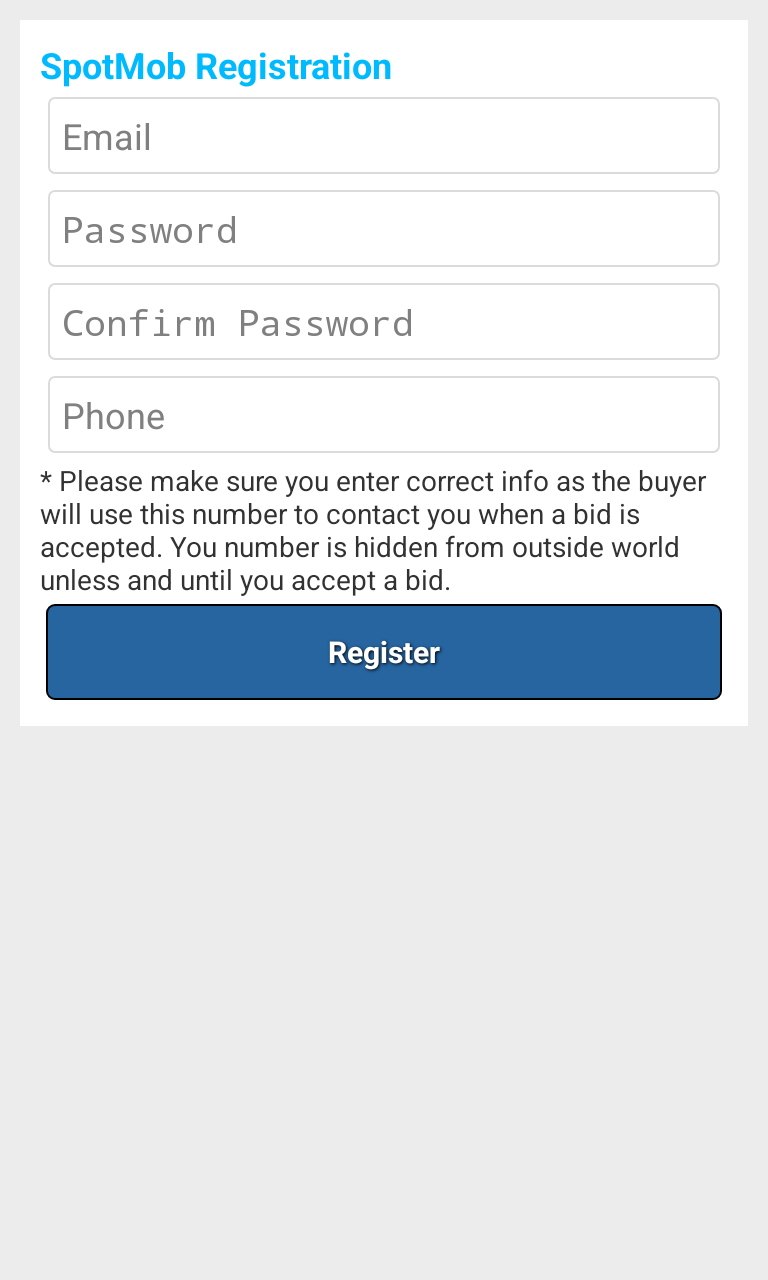
Repository: spotmob/spotmob
Layout: SpotMob/res/layout/register.xml
The author's editor kept a copy of each file at every save. The layout is drawn from the files as they stood at one save, then again after the next save.
It is drawn on a 768 x 1280 px phone screen (xhdpi) without system bars, with theme ThemeSelector; the app's code is not run.

Above is the layout before, as saved 2013-06-23 16:43:25.

### SpotMob/res/layout/register.xml
<?xml version="1.0" encoding="utf-8"?>
<ScrollView xmlns:android="http://schemas.android.com/apk/res/android"
    android:id="@+id/scrollView1"
    android:layout_width="match_parent"
    android:layout_height="match_parent"
    android:background="#ececec"

    >

    <LinearLayout
        android:layout_width="match_parent"
        android:layout_height="wrap_content"
        android:orientation="vertical"
        android:padding="10dp"
        android:layout_margin="10dp"
        android:background="#ffffff"

        >

        <TextView
            android:id="@+id/spotmobRegisterLabletextView"
            android:layout_width="wrap_content"
            android:layout_height="wrap_content"
            android:text="SpotMob Registration"
                        android:textColor="#00baff"
                    android:textSize="18dip"
                    android:textStyle="bold"
          />

        <EditText
            android:id="@+id/email"
            android:layout_width="match_parent"
            android:layout_height="wrap_content"
            android:ems="10"
            android:hint="@string/email_hint"
            android:inputType="textEmailAddress"
            android:layout_margin="4dip"
            android:background="@drawable/gradient_edit_text"
            />

        <EditText
            android:id="@+id/password"
            android:layout_width="match_parent"
            android:layout_height="wrap_content"
            android:ems="10"
            android:hint="@string/password_hint"
            android:inputType="textPassword"
                       android:layout_margin="4dip"
            android:background="@drawable/gradient_edit_text"
            />

        <EditText
            android:id="@+id/confirmPassword"
            android:layout_width="match_parent"
            android:layout_height="wrap_content"
            android:ems="10"
            android:hint="@string/confirm_password_hint"
            android:inputType="textPassword"
                       android:layout_margin="4dip"
            android:background="@drawable/gradient_edit_text"
            />

        <EditText
            android:id="@+id/phone"
            android:layout_width="match_parent"
            android:layout_height="wrap_content"
            android:ems="10"
            android:hint="@string/phone_hint"
            android:inputType="phone"
                       android:layout_margin="4dip"
            android:background="@drawable/gradient_edit_text"
            />

        <TextView
            android:id="@+id/disclaimerTextView"
            android:layout_width="wrap_content"
            android:layout_height="wrap_content"
            android:text="@string/disclaimerText" />

        <Button
            android:id="@+id/registerButton"
            style="@style/SmallButtonText"
            android:layout_width="match_parent"
            android:layout_height="wrap_content"
            android:background="@drawable/button_selector"
            android:text="@string/register_button_text" />
    </LinearLayout>

</ScrollView>

### SpotMob/res/values-v11/styles.xml
<resources xmlns:android="http://schemas.android.com/apk/res/android">

   <style name="ThemeSelector" parent="android:Theme.Holo.Light">
        <item name="android:actionBarStyle">@style/ActionBar</item>
       		 <item name="android:actionBarTabTextStyle">@style/MyActionBarTabTextStyle</item>
       		 <item name="android:actionBarSize">64dip</item>

       		 </style>


    <style name="MyActionBarTabTextStyle" parent="@android:style/Widget.Holo.ActionBar.TabText">
        <item name="android:textSize">13sp</item>
        <item name="android:textColor">#2665a0</item>
        <item name="android:padding">0dip</item>
    </style>


    <style name="ActionBar" parent="android:style/Widget.Holo.ActionBar">
	<item name="android:background">@drawable/action_bar_gradient</item>
    </style>

</resources>

### SpotMob/res/values/styles.xml
<resources>

 <style name="ThemeSelector" parent="android:Theme.Light">
        <item name="android:windowTitleBackgroundStyle">@style/WindowTitleBackground</item>
   		 <item name="android:actionBarTabTextStyle">@style/MyActionBarTabTextStyle</item>
   		        		 <item name="android:actionBarSize">48dip</item>

    </style>

    <style name="MyActionBarTabTextStyle" parent="@android:style/Widget.Holo.ActionBar.TabText">
        <item name="android:textSize">13sp</item>
                <item name="android:textColor">#2665a0</item>

        <item name="android:padding">0dip</item>
    </style>

    <style name="WindowTitleBackground">
        <item name="android:background">@drawable/action_bar_gradient</item>
    </style>

    <style name="ButtonText">
        <item name="android:layout_width">fill_parent</item>
        <item name="android:layout_height">wrap_content</item>
        <item name="android:textColor">#ffffff</item>
        <item name="android:gravity">center</item>
        <item name="android:layout_margin">3dp</item>
        <item name="android:textSize">15dp</item>
        <item name="android:textStyle">bold</item>
        <item name="android:shadowColor">#000000</item>
        <item name="android:shadowDx">1</item>
        <item name="android:shadowDy">1</item>
        <item name="android:shadowRadius">2</item>
    </style>

    <style name="TitleText">
        <item name="android:layout_width">fill_parent</item>
        <item name="android:layout_height">wrap_content</item>
        <item name="android:textColor">#FFFFFF</item>
        <item name="android:gravity">center</item>
        <item name="android:layout_margin">3dp</item>
        <item name="android:textSize">30dp</item>
        <item name="android:textStyle">bold</item>
        <item name="android:shadowColor">#000000</item>
        <item name="android:shadowDx">1</item>
        <item name="android:shadowDy">1</item>
        <item name="android:shadowRadius">2</item>
    </style>

    <style name="SpotDescription">
        <item name="android:layout_width">fill_parent</item>
        <item name="android:layout_height">wrap_content</item>
        <item name="android:textColor">#000000</item>
        <item name="android:layout_margin">3dp</item>
        <item name="android:textSize">15dp</item>
    </style>

    <style name="SmallButtonText">
        <item name="android:layout_width">fill_parent</item>
        <item name="android:layout_height">wrap_content</item>
        <item name="android:textColor">#ffffff</item>
        <item name="android:gravity">center</item>
        <item name="android:layout_margin">3dp</item>
        <item name="android:textSize">15dp</item>
        <item name="android:textStyle">bold</item>
        <item name="android:shadowColor">#000000</item>
        <item name="android:shadowDx">1</item>
        <item name="android:shadowDy">1</item>
        <item name="android:shadowRadius">2</item>
    </style>

    <style name="TabText">
        <item name="android:layout_width">fill_parent</item>
        <item name="android:layout_height">wrap_content</item>
        <item name="android:textColor">#ffffff</item>
        <item name="android:gravity">center</item>
        <item name="android:layout_margin">3dp</item>
        <item name="android:textSize">14dp</item>
        <item name="android:textStyle">bold</item>
        <item name="android:shadowColor">#000000</item>
        <item name="android:shadowDx">1</item>
        <item name="android:shadowDy">1</item>
        <item name="android:shadowRadius">2</item>
    </style>

    <style name="userRatingBar" parent="@android:style/Widget.RatingBar">
        <item name="android:progressDrawable">@drawable/rating_stars</item>
        <item name="android:minHeight">22dip</item>
        <item name="android:maxHeight">22dip</item>
    </style>

</resources>

### SpotMob/res/drawable/action_bar_gradient.xml
<?xml version="1.0" encoding="utf-8"?>
<shape xmlns:android="http://schemas.android.com/apk/res/android"
    android:shape="rectangle"
    android:useLevel="false" >
   <!-- #327e09 -->
    <gradient
        android:endColor="#ffffff"
        android:startColor="#d8d8d8"
        android:useLevel="true"
        android:type="linear"
        android:angle="90" />
</shape>

### SpotMob/res/values/strings.xml
<?xml version="1.0" encoding="utf-8"?>
<resources>

    <string name="app_name">SpotMob</string>
    <string name="action_settings">Settings</string>
    <string name="refresh">Refresh</string>
        <string name="help">Help</string>
        <string name="about">About</string>

    <string name="spots_tab">Spots</string>
    <string name="my_bids_tab">My Bids</string>
    <string name="my_items_tab">My Items</string>

    <!-- Login Screen -->
    <string name="login_button_text">Login</string>
    <string name="login_username_hint">Email</string>
    <string name="login_password_hint">Password</string>
    <string name="forgot_password_text">Forgot Password? Click Here</string>


    <!-- Register Screen -->
    <string name="register_button_text">Register</string>
    <string name="firstname">First Name</string>
    <string name="lastname">Last Name</string>
    <string name="password_hint">Password</string>
    <string name="confirm_password_hint">Confirm Password</string>
    <string name="email_hint">Email</string>
    <string name="phone_hint">Phone</string>
    <string name="register_description">SpotMob Registration</string>
    <string name="disclaimerText">* Please make sure you enter correct info as the buyer will use this number to contact you when a bid is accepted. You number is hidden from outside world unless and until you accept a bid.</string>




        <string name="city_prompt">City</string>

    <string-array name="city_array">
        <item>San Francisco</item>
        <item>Santa Clara</item>
        <item>Fremont</item>
        <item>Sacramento</item>
        <item>Hayward</item>
        <item>San Jose</item>
        <item>Oakland</item>
        <item>Dublin</item>
    </string-array>


        <string name="state_prompt">State</string>

    <string-array name="state_array">
        <item>AL</item>
        <item>AK</item>
        <item>AZ</item>
        <item>AR</item>
        <item>CA</item>
        <item>CO</item>
        <item>CT</item>
        <item>DE</item>
        <item>FL</item>
        <item>GA</item>
        <item>HI</item>
        <item>ID</item>
        <item>IL</item>
        <item>IN</item>
        <item>IA</item>
        <item>KS</item>
        <item>KY</item>
        <item>LA</item>
        <item>ME</item>
        <item>MD</item>
        <item>MA</item>
        <item>MI</item>
        <item>MN</item>
        <item>MS</item>
        <item>MO</item>
        <item>MT</item>
        <item>NE</item>
        <item>NV</item>
        <item>NH</item>
        <item>NJ</item>
        <item>NM</item>
        <item>NY</item>
        <item>NC</item>
        <item>ND</item>
        <item>OH</item>
        <item>OK</item>
        <item>OR</item>
        <item>PA</item>
        <item>RI</item>
        <item>SC</item>
        <item>SD</item>
        <item>TN</item>
        <item>TX</item>
        <item>UT</item>
        <item>VT</item>
        <item>VA</item>
        <item>WA</item>
        <item>WV</item>
        <item>WI</item>
        <item>WY</item>
    </string-array>

    <string name="country_prompt">Country</string>

    <string-array name="country_array">
        <item>USA</item>
    </string-array>
    <string-array name="category_array">
        <item>General</item>
        <item>Restaurant</item>
        <item>Sports</item>
        <item>Parking</item>
        <item>Movies</item>
        <item>Concerts</item>
        <item>Theme Park</item>
    </string-array>

        <string-array name="filter_category_array">
        <item>All Categories</item>
        <item>General</item>
        <item>Restaurant</item>
        <item>Sports</item>
        <item>Parking</item>
        <item>Movies</item>
        <item>Concerts</item>
        <item>Theme Park</item>
    </string-array>



</resources>

### SpotMob/res/drawable/gradient_edit_text.xml
<?xml version="1.0" encoding="utf-8"?>
<shape xmlns:android="http://schemas.android.com/apk/res/android"
    android:shape="rectangle" >

    <gradient
        android:angle="270"
        android:centerColor="#ffffff"
        android:endColor="#ffffff"
        android:startColor="#ffffff" />

    <stroke
        android:width="1dp"
        android:color="#dbdbdb" />

    <padding
        android:bottom="7dp"
        android:left="7dp"
        android:right="7dp"
        android:top="7dp" />

    <corners android:radius="3dp" />

</shape>

### SpotMob/res/drawable/button_selector.xml
<?xml version="1.0" encoding="utf-8"?>
<selector xmlns:android="http://schemas.android.com/apk/res/android">
    <!-- #48B1E9 -->
    <item android:state_pressed="true" >
        <shape>
            <solid
                android:color="#000000" />
            <stroke
                android:width="1dp"
                android:color="#000000" />
            <corners
                android:radius="3dp" />
            <padding
                android:left="10dp"
                android:top="10dp"
                android:right="10dp"
                android:bottom="10dp" />
        </shape>
    </item>
    <item>
        <shape>
            <!-- #09777e -->
            <gradient
                android:startColor="#2665a0"
                android:endColor="#2665a0"
                android:angle="270" />
            <stroke
                android:width="1dp"
                android:color="#000000" />
            <corners
                android:radius="4dp" />
            <padding
                android:left="10dp"
                android:top="10dp"
                android:right="10dp"
                android:bottom="10dp" />
        </shape>
    </item>
</selector>

After the next save:
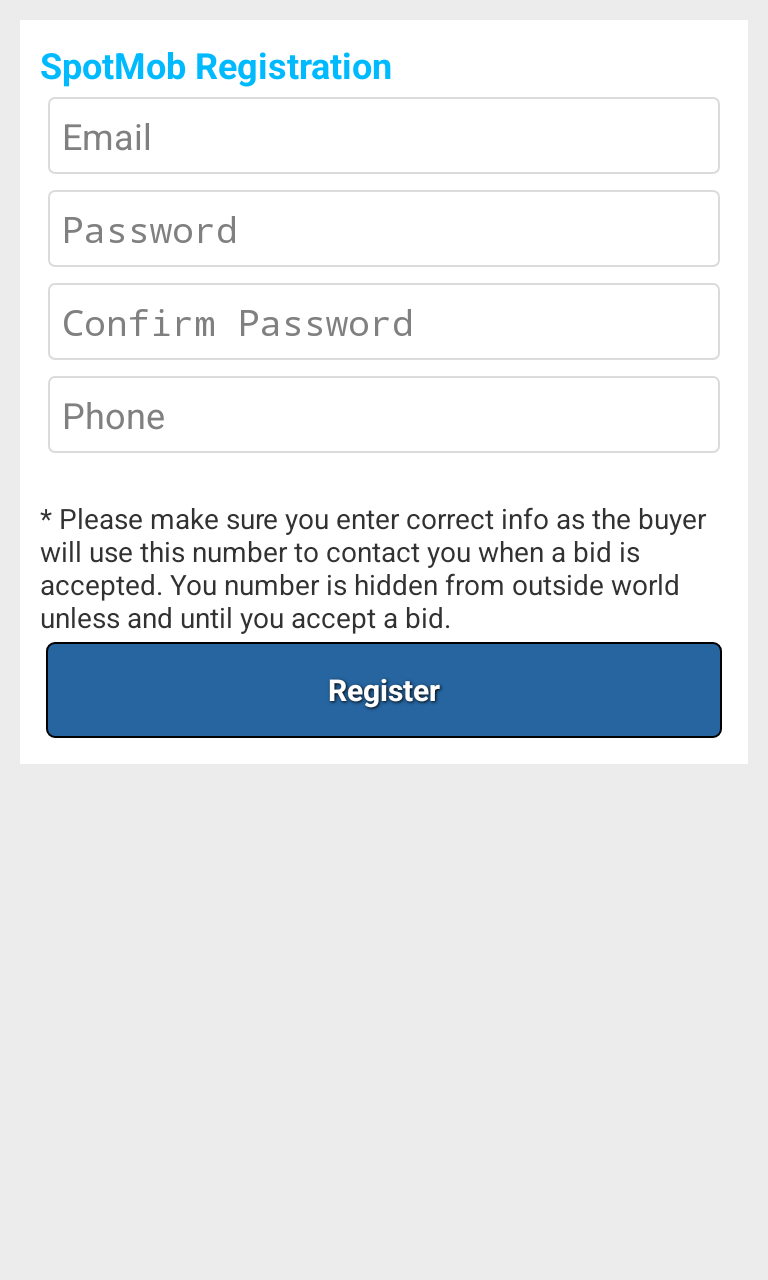
Saved 89 s later.
--- a/SpotMob/res/layout/register.xml
+++ b/SpotMob/res/layout/register.xml
@@ -72,6 +72,12 @@
             />
 
         <TextView
+            android:id="@+id/messagetextView"
+            android:layout_width="wrap_content"
+            android:layout_height="wrap_content"
+            android:text="" />
+
+        <TextView
             android:id="@+id/disclaimerTextView"
             android:layout_width="wrap_content"
             android:layout_height="wrap_content"
